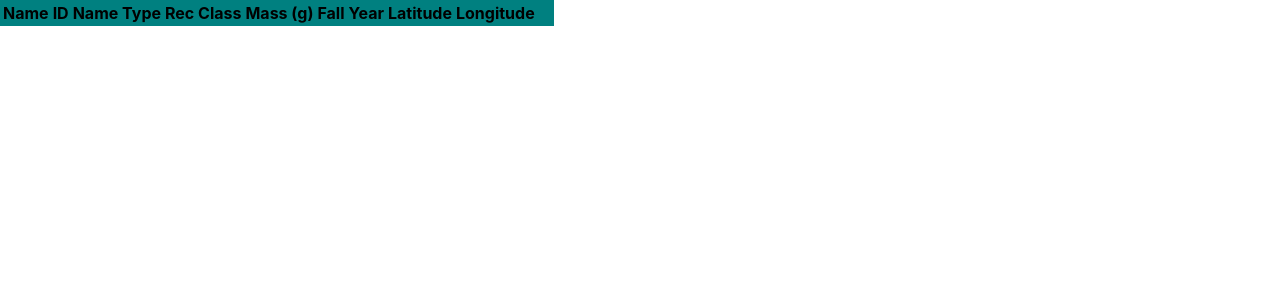
Repository: Tsardines/meteorite-explorer
Page: / (app in meteorite-explorer/)
These files come from the project's save history. The page is drawn as it stood at one moment and after the next save; the edit follows.
The browser window is 1280 px wide. The pictures show the whole page.
The page's requests for data from a server got no answer. The project was rebuilt for these pictures with package versions that can differ from the ones it lists, and the page was loaded fresh each time. No one was signed in, and anything a server would have sent is missing.

Above is the page before, as saved 2019-05-27 16:23:59.

After the next save:
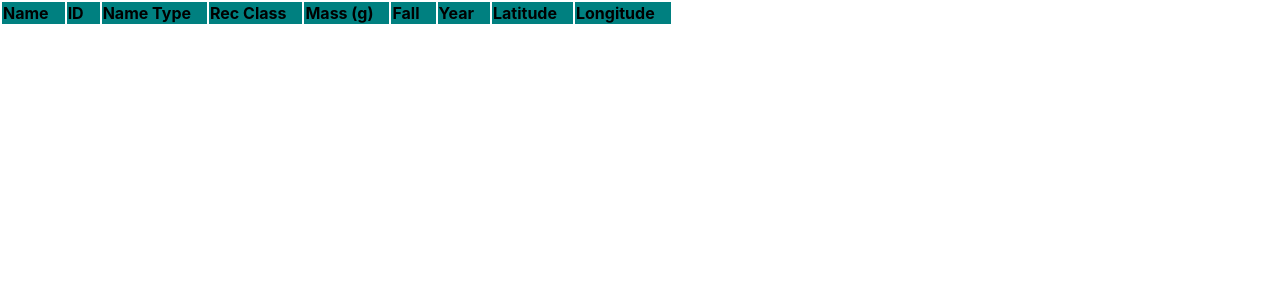
Saved 10 s later.
--- a/meteorite-explorer/src/App.css
+++ b/meteorite-explorer/src/App.css
@@ -6,7 +6,7 @@ body {
   display: flex;
 } */
 
-.theader {
+.theader th {
   background-color: teal;
   padding-right: 1rem;
 }
